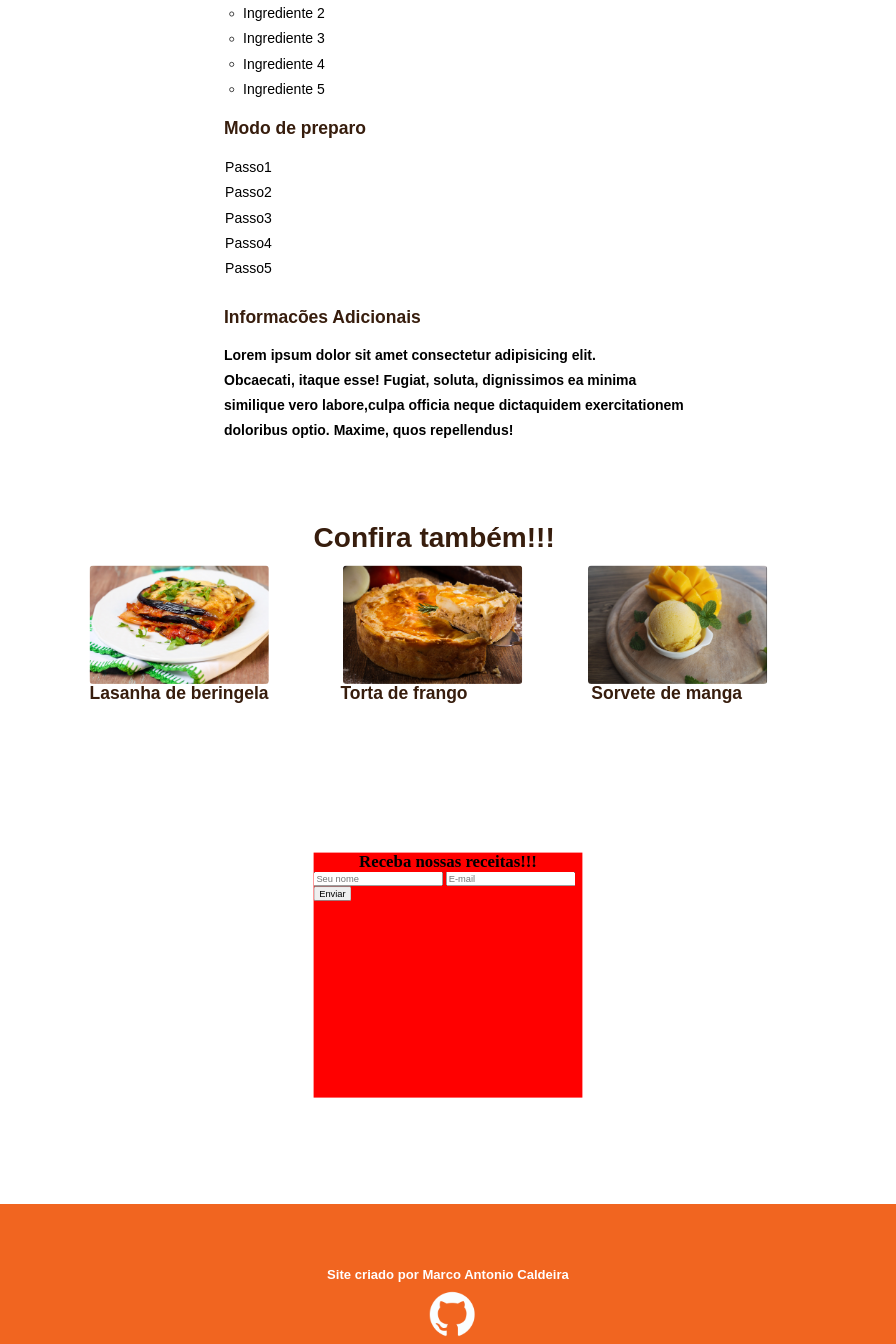
Repository: MarcoantonioCaldeira/Aprendizados-e-Conhecimentos
Page: Receitas da Casa/index.html
The author's editor kept a copy of each file at every save. The page is drawn from the files as they stood at one save, then again after the next save.
The browser window is 1280 px wide. The pictures show the part of the page from y = 860 to 2780 px (the page is 2780 px tall), at 70% of full size.

Above is the page before, as saved 2022-05-31 14:48:30.

### Receitas da Casa/index.html
<!DOCTYPE html>
<html>
    <head>
    <meta charset="utf-8">
    <title>Receitas do Marco</title>
    <link rel="stylesheet" text="css" href="css/estilo.css">
    <link rel="stylesheet" text="css" href="css/fonts.css">
    <style>

    </style>
    </head>
    <body>
        <header id="topo">
            <img id="logo" src="imagens/logo.png">
            <li class="li-topo">
                <ul class="ul-topo"><a href="#topo">Home</a></ul>
                <ul class="ul-topo"><a href="#outras_receitas">Receitas</a></ul>
                <ul class="ul-topo">Contato</ul>
            </li>
        </header>
        <main id="corpo">
            <h1 class="titulo-receita">Risoto de Camarão</h1>
            <figure>
                <img class="img_receita" src="imagens/imagem_receita.jpg">
            </figure>
            <article>

                <h3 class="text_article">Ingredientes</h3>
                <ul class="text_ul">
                     <li>Ingrediente 1</li>
                     <li>Ingrediente 2</li>
                     <li>Ingrediente 3</li>
                     <li>Ingrediente 4</li>
                     <li>Ingrediente 5</li>
                </ul>

               <h3 class="text_article_2">Modo de preparo</h3>
               <li class="text_ul_2">
                   <ul>Passo1</ul>
                   <ul>Passo2</ul>
                   <ul>Passo3</ul>
                   <ul>Passo4</ul>
                   <ul>Passo5</ul>
               </li>

               <h3 class="text_article_3">Informacões Adicionais</h3>
               <h3 class="text">Lorem ipsum dolor sit amet consectetur adipisicing elit.<br>
                Obcaecati, itaque esse! Fugiat, soluta, dignissimos ea minima<br> similique vero
                labore,culpa officia neque dictaquidem exercitationem <br>doloribus optio. Maxime, quos
                repellendus!</h3>


               <h1 class="h1_informacoes">Confira também!!!</h1>
               <div id="outras_receitas">

                      <img class="img_receita1" src="imagens/lazanha_de_beringela.jpg">
                      <h3 class="h3_receita_1">Lasanha de beringela</h3>

                      <img class="img_receita2" src="imagens/torta_de_frango.jpg">
                      <h3 class="h3_receita_2">Torta de frango</h3>

                      <img class="img_receita3" src="imagens/sorvete-manga.jpg">
                      <h3 class="h3_receita_3">Sorvete de manga</h3>

               </div>

               <div id="contato">
                      <h1>Receba nossas receitas!!!</h1>

                      <input type="text" name="nome" placeholder="Seu nome">

                      <input type="text" name="email" placeholder="E-mail">

                      <button>Enviar</button>
               </div>

            </article>
        </main>
        <footer id="rodape">
            <div class="agradecimentos-rodape">
                <h3>Site criado por Marco Antonio Caldeira</h3>
                <a href="https://github.com/MarcoantonioCaldeira"><img class="logoGit" src="imagens/github_logo.png"></a>
            </div>
        </footer>
    </body>
</html>

### Receitas da Casa/css/estilo.css
* {
    margin: 0;
}

#topo{
  width: 100%;
  background-color:rgb(241, 101, 32);
  height: 80px;
}

#logo{
  width: 13%;


}

.titulo_logo{
  position: relative;
  font-family: arial;
  top: 20%;
  font-size:30px;
  color:white;
  left:-40%;
}

#corpo{
  width: 100%;
  height: 2500px;
  background-color: white;
}

.img_receita{
  position:relative;
  border-radius: 5px;
  margin-left: 25%;
  margin-top: 12%;
  width:50%;
}

#outras_receitas{
  width: 100%;
  height: 300px;
  background-color:white;
}

#contato{
  position:relative;
  background-color:red;
  width:30%;
  margin-top:10%;
  left:35%;
  height:350px;
}

.img_receita1{
  position:relative;
  left:10%;
  top:6%;
  border-radius:5px;
  width:20%;
}

.img_receita2{
  position:relative;
  left: 18%;
  top:6%;
  border-radius:5px;
  width:20%;
}

.img_receita3{
  position:relative;
  left: 25%;
  top:6%;
  border-radius:5px;
  width:20%;
}


#rodape{
  background-color: rgb(241, 101, 32);
  width: 100%;
  height: 200px;
}

.agradecimentos-rodape{
  position: relative;
  top: 45%;
  color:white;
  font-family: arial;
  text-align: center;
}

.logoGit{
  position: absolute;
  width: 5%;
  left:48%;
  top: 35px;
}

### Receitas da Casa/css/fonts.css
h1{
  text-align: center;
}

.li-topo{
  position:relative;
  background-color: rgb(241, 101, 32);
  list-style: none;
  height: 40px;
  width: 30%;
  margin-left: 16%;
  margin-top: -11%;
}

.ul-topo{
  display: inline;
  font-family: arial;
  color:rgb(246, 246, 246);
  font-size:18px;
}

.titulo-receita{
  position: relative;
  font-size: 40px;
  font-family: arial;
  top:6%;
  color:rgb(55, 29, 13);
}

.text_article{
  position:absolute;
  display: inline;
  left:25%;
  margin-top: 5%;
  color:rgb(55, 29, 13);
  font-size: 25px;
  font-family: arial;
}

.text_ul{
  position:absolute;
  font-size: 20px;
  line-height: 1.8;
  list-style-type:circle;
  margin-top:9%;
  left:24%;
  display:inline-block;
  font-family: arial;
}

.text_article_2{
  position:absolute;
  display: inline;
  left:25%;
  margin-top: 25%;
  color:rgb(55, 29, 13);
  font-size: 25px;
  font-family: arial;
}

.text_ul_2{
  position:absolute;
  font-size: 20px;
  line-height: 1.8;
  list-style-type:circle;
  margin-top:29%;
  left:22%;
  display:inline-block;
  font-family: arial;
}

.text_article_3{
  position:absolute;
  display: inline;
  left:25%;
  margin-top: 46%;
  color:rgb(55, 29, 13);
  font-size: 25px;
  font-family: arial;
}

.text{
  position:absolute;
  font-size: 20px;
  line-height: 1.8;
  margin-top:50%;
  left:25%;
  display:inline-block;
  font-family: arial;
}

.h1_informacoes{
  position: relative;
  font-size: 40px;
  font-family: arial;
  left:35%;
  margin-top:70%;
  display:inline-block;
  color:rgb(55, 29, 13);
}

.h3_receita_1{
  position:absolute;
  font-family: arial;
  color:rgb(55, 29, 13);
  font-size: 25px;
  left: 10%;
  margin-top:1%;
}

.h3_receita_2{
  position:absolute;
  font-family: arial;
  color:rgb(55, 29, 13);
  left:38%;
  font-size: 25px;
  margin-top: 1%;
}

.h3_receita_3{
  position:absolute;
  font-family: arial;
  color:rgb(55, 29, 13);
  left:66%;
  font-size: 25px;
  margin-top: 1%;
}

After the next save:
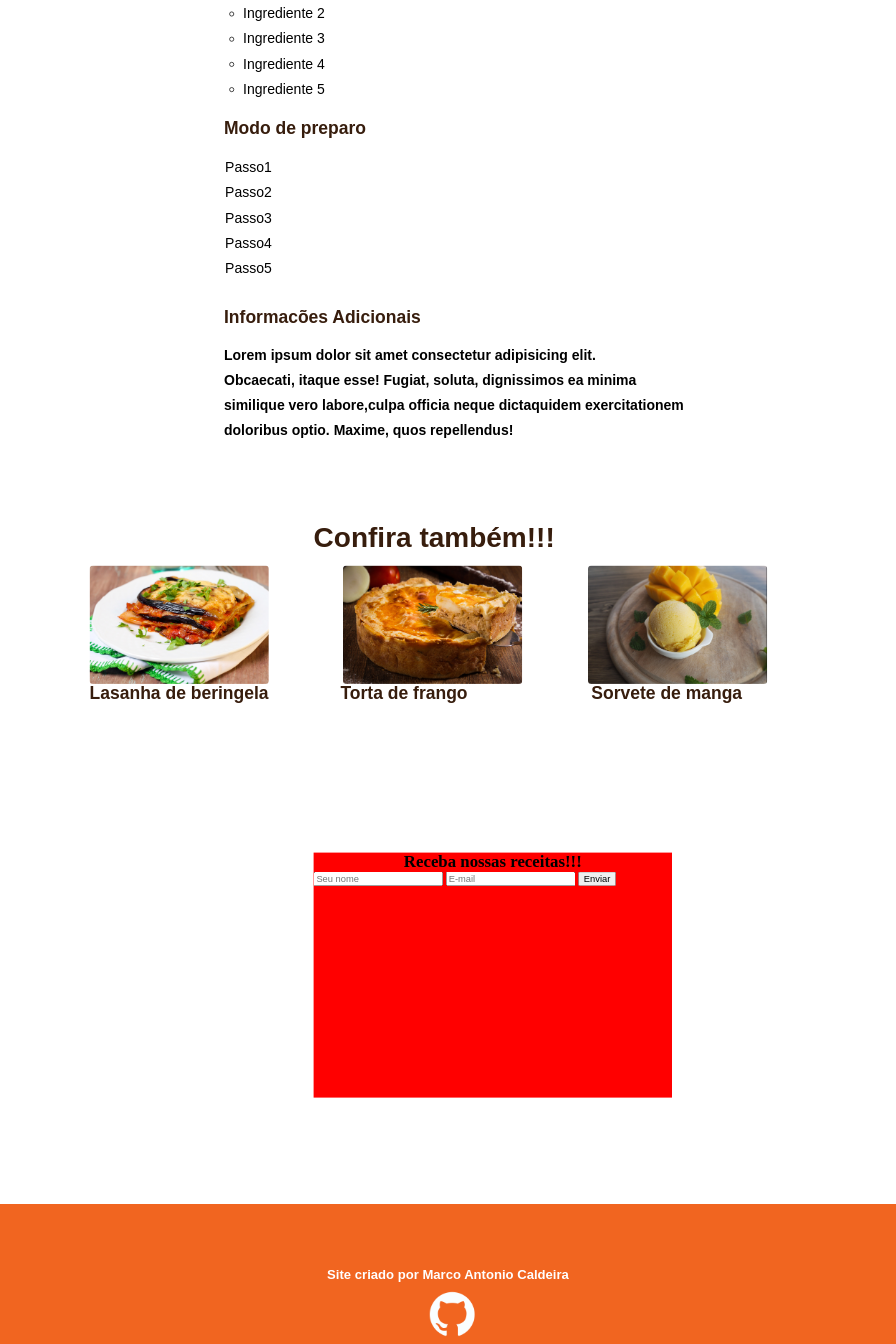
Saved 7 s later.
--- a/Receitas da Casa/css/estilo.css
+++ b/Receitas da Casa/css/estilo.css
@@ -46,7 +46,7 @@
 #contato{
   position:relative;
   background-color:red;
-  width:30%;
+  width:40%;
   margin-top:10%;
   left:35%;
   height:350px;
